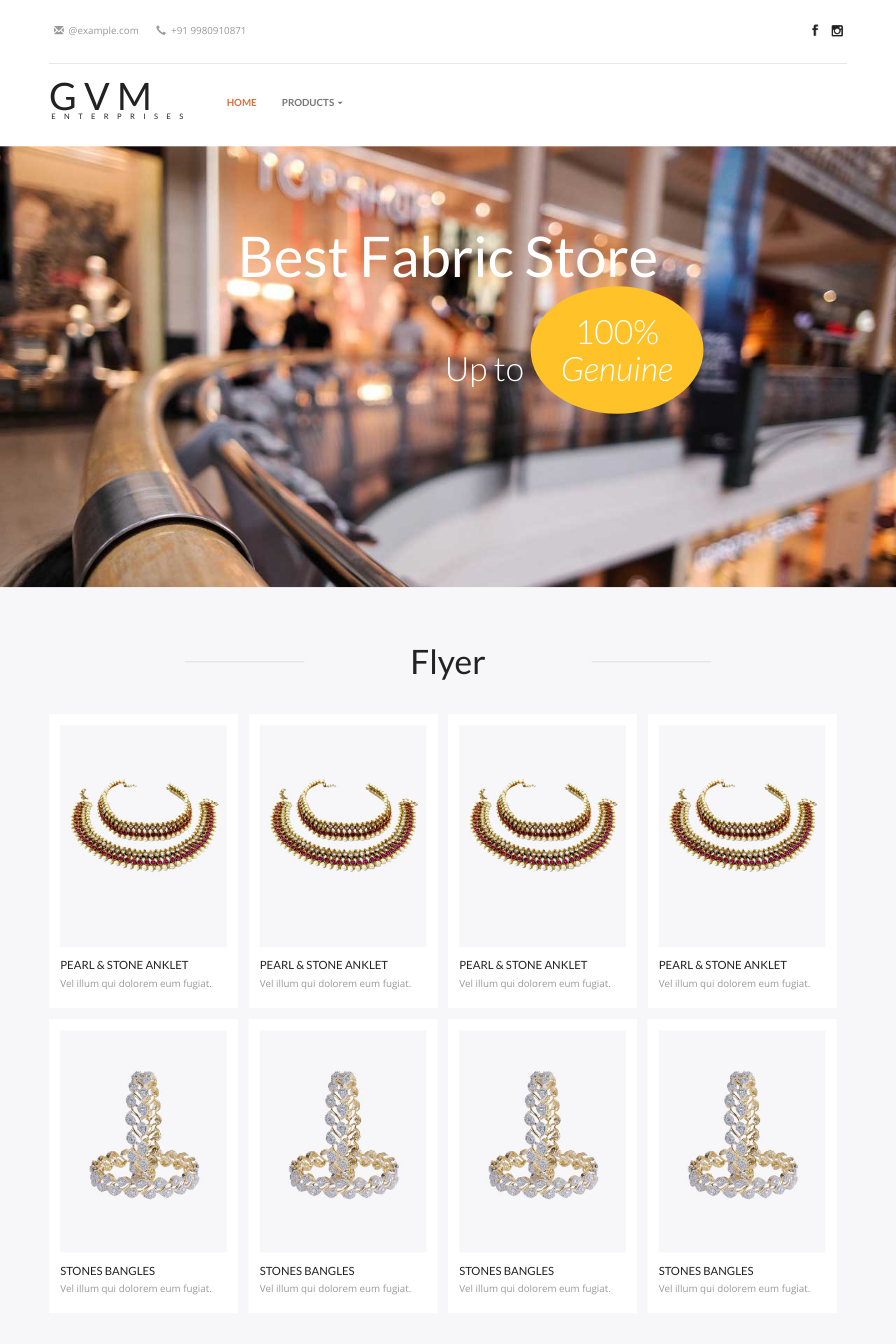
Repository: vinodmealla/flyerworkspace
Page: com.gvm.websample1/src/main/webapp/WEB-INF/index.html
The author's editor kept a copy of each file at every save. The page is drawn from the files as they stood at one save, then again after the next save.
The browser window is 1280 px wide. The pictures show the part of the page from y = 0 to 1920 px (the page is 2579 px tall), at 70% of full size.

Above is the page before, as saved 2017-10-03 09:37:10.
Console error: SyntaxError: Unexpected token '('

After the next save:
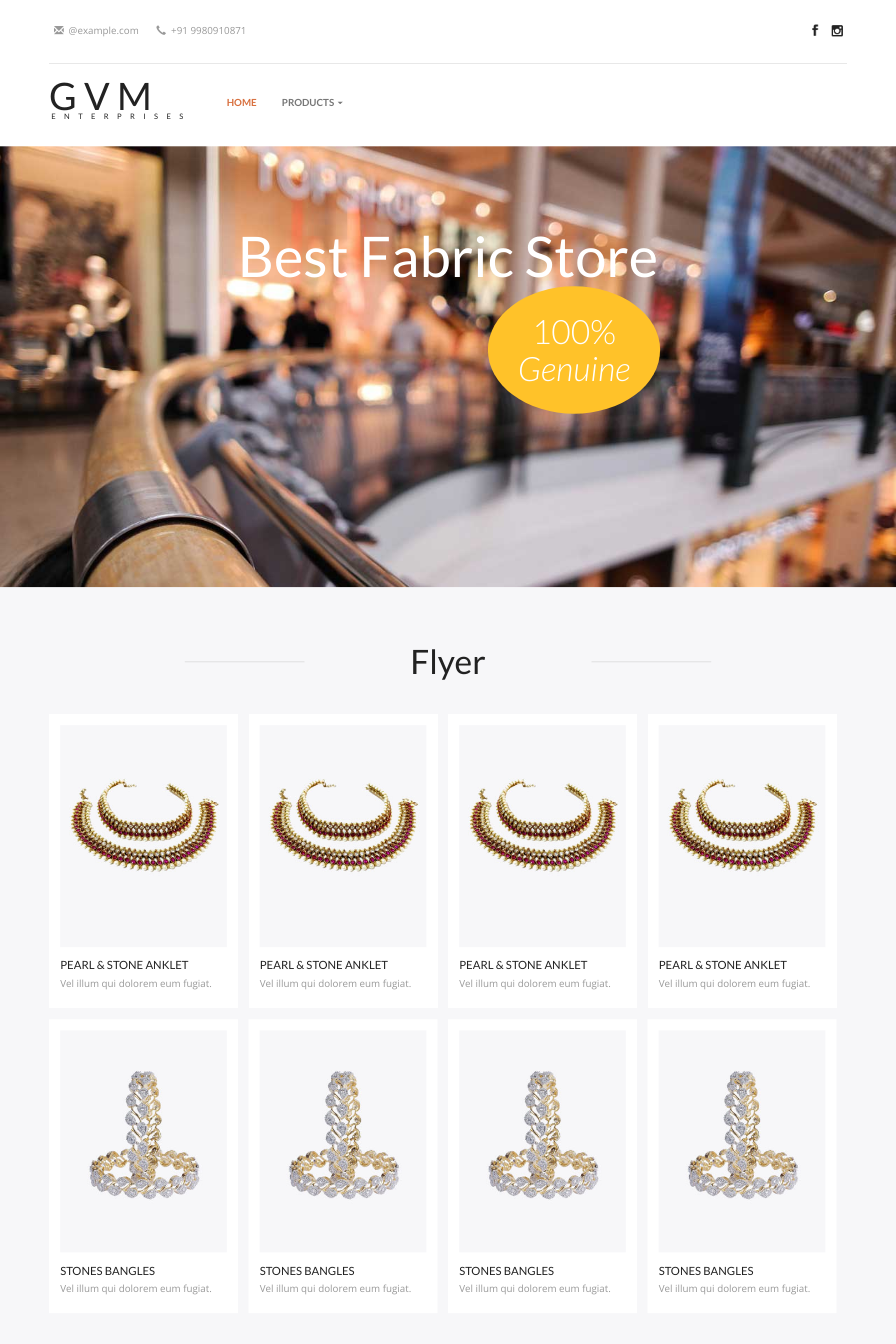
Saved 11 s later.
--- a/com.gvm.websample1/src/main/webapp/WEB-INF/index.html
+++ b/com.gvm.websample1/src/main/webapp/WEB-INF/index.html
@@ -200,7 +200,7 @@
 		<div class="container">
 			<div class="banner-info animated wow zoomIn" data-wow-delay=".5s">
 				<h3>Best Fabric Store</h3>
-				<h4>Up to <span>100% <i>Genuine</i></span></h4>
+				<h4> <span>100% <i>Genuine</i></span></h4>
 				<div class="wmuSlider example1">
 					<div class="wmuSliderWrapper">
 						<article style="position: absolute; width: 100%; opacity: 0;">
